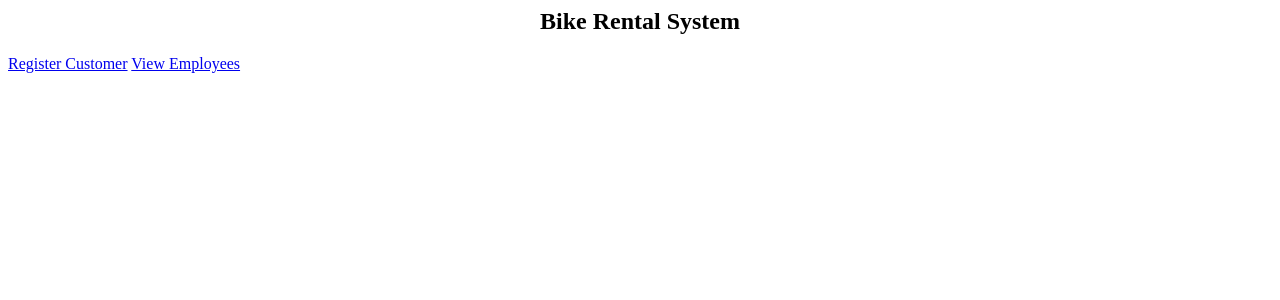
Repository: Nuthan12/Bike-Rental-System
Page: http://localhost/Bike_Rental_System/
An editor plug-in stored every save of this project. The page is shown before and after the next save, followed by the edit.
The browser window is 1280 px wide. The pictures show the whole page.
The page is served by Tomcat 9.

Above is the page before, as saved 2023-05-05 09:28:42.

After the next save:
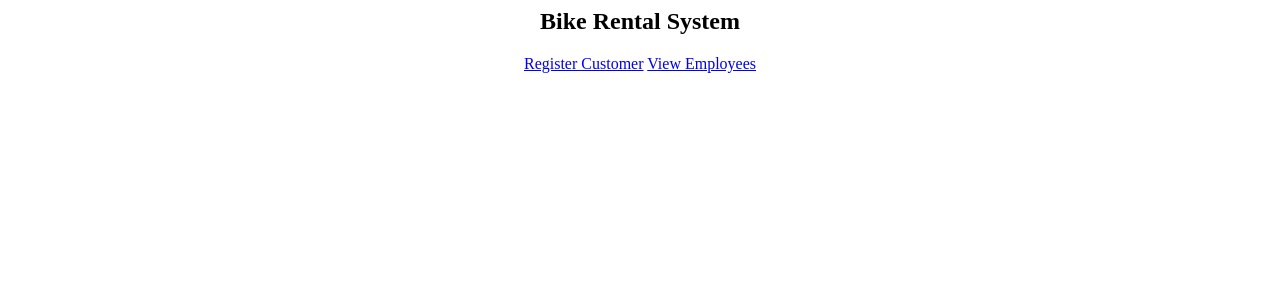
Saved 14 s later.
--- a/Bike_Rental_System/src/main/webapp/index.jsp
+++ b/Bike_Rental_System/src/main/webapp/index.jsp
@@ -7,9 +7,10 @@
 <body>
 <center>
 	<h2>Bike Rental System</h2>
-</center>
+
 
 <a href="customerRegistrationForm">Register Customer</a>
 <a href="viewCustomers">View Employees</a>
+</center>
 </body>
 </html>
